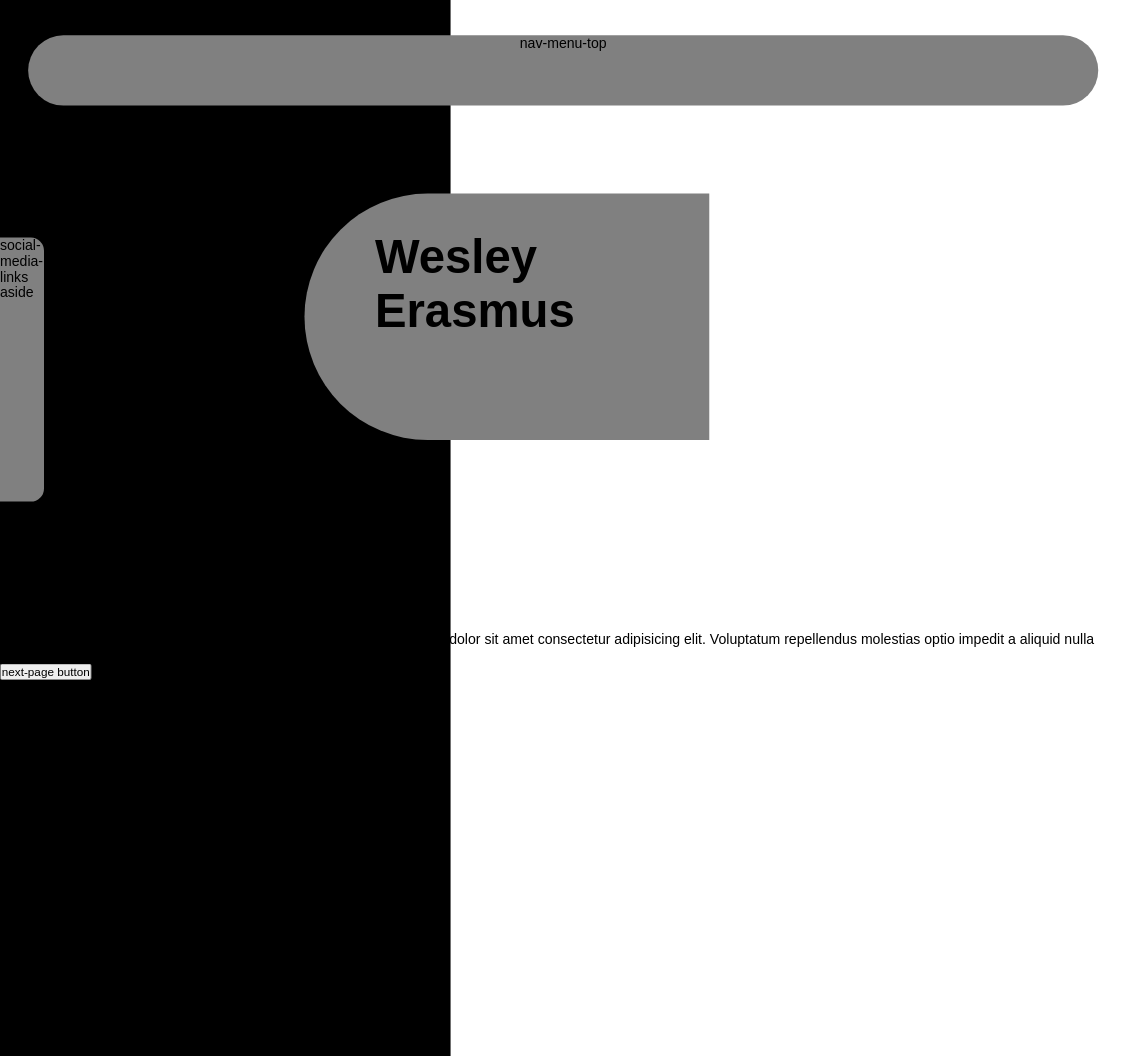
Repository: WesleyErasmus/MyDigitalResume-4
Page: index.html
These files come from the project's save history. The page is drawn as it stood at one moment and after the next save; the edit follows.
The browser window is 1280 px wide. The pictures show the whole page, at 88% of full size.

Above is the page before, as saved 2022-02-15 20:50:04.

After the next save:
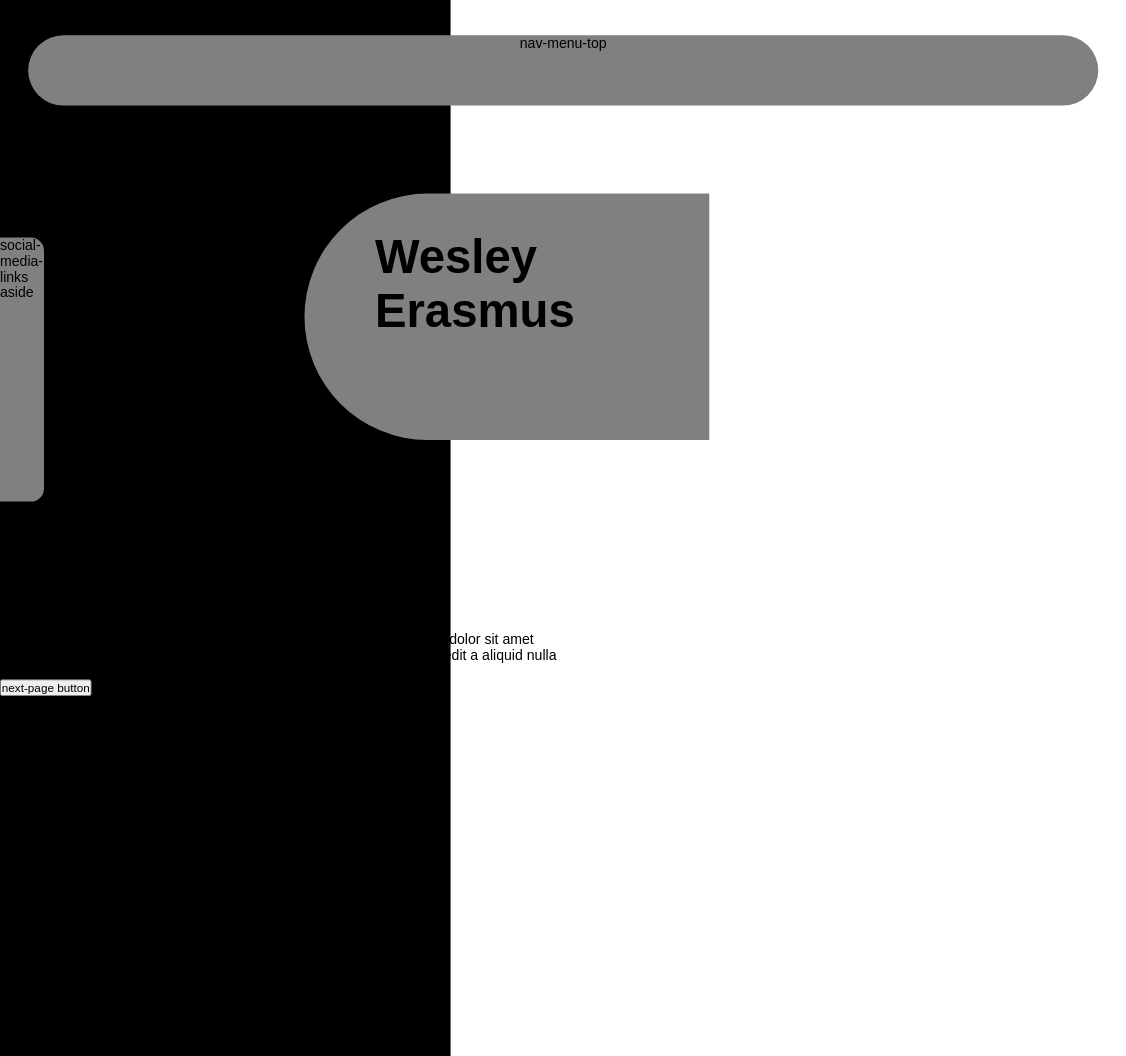
Saved 27 s later.
--- a/stylesheet.css
+++ b/stylesheet.css
@@ -64,7 +64,7 @@ span#name {
     /* centre text vertically */
 }
 article {
-    z-index: 1;
+    width: 50%;
     position: absolute;
     height: 500px;
     top: 700px;
